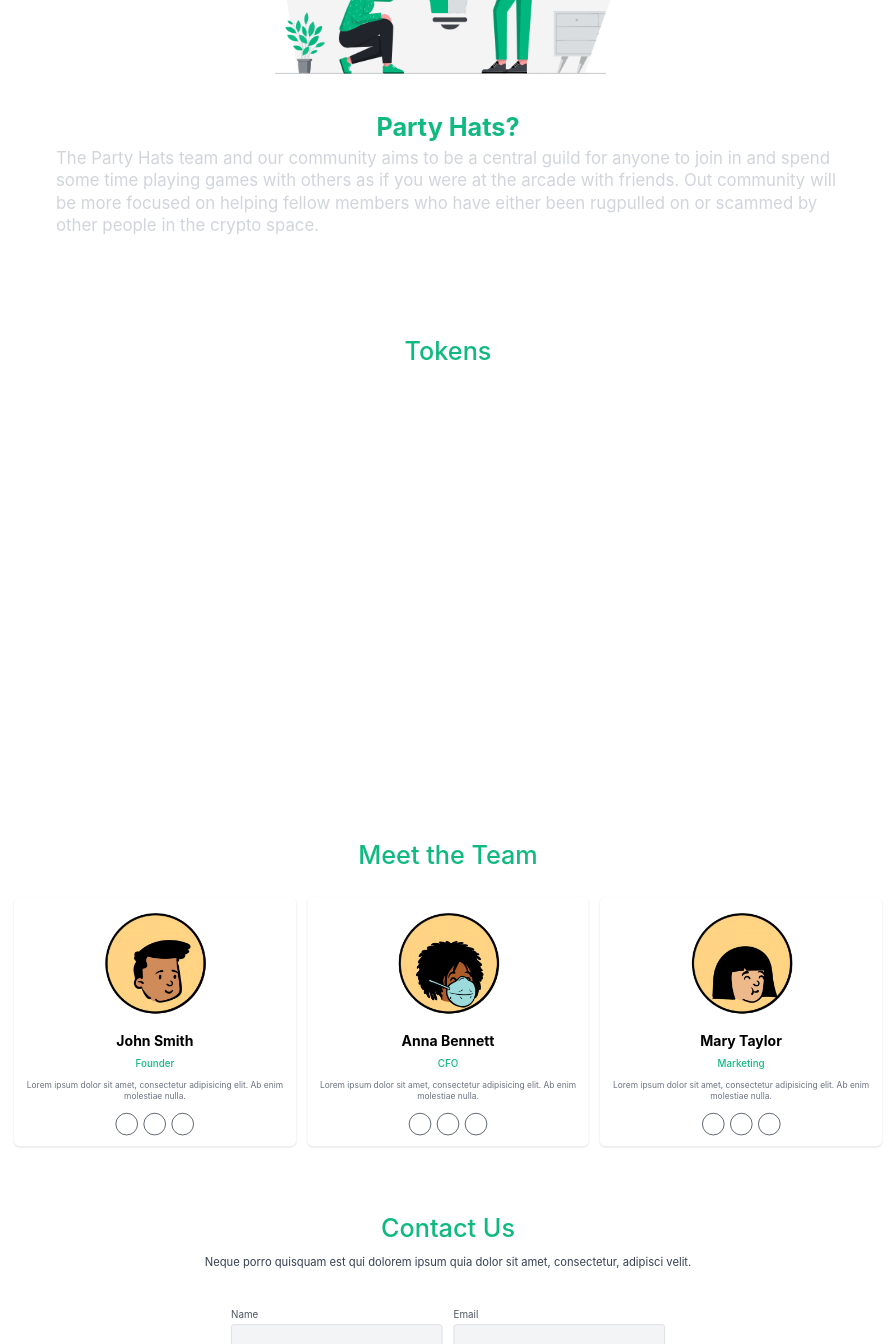
Repository: rhinorphan/phat-landing-page
Page: /
These files come from the project's save history. The page is drawn as it stood at one moment and after a run of saves; the edit follows.
The browser window is 1280 px wide. The pictures show the part of the page from y = 1207 to 3127 px (the page is 3592 px tall before and 3848 px after), at 70% of full size.
The project was rebuilt for these pictures with package versions that can differ from the ones it lists, and the page was loaded fresh each time. Also part of the build but not shown: craco.config.js.

Above is the page before, as saved 2021-11-17 17:22:49.

After the next 3 saves:
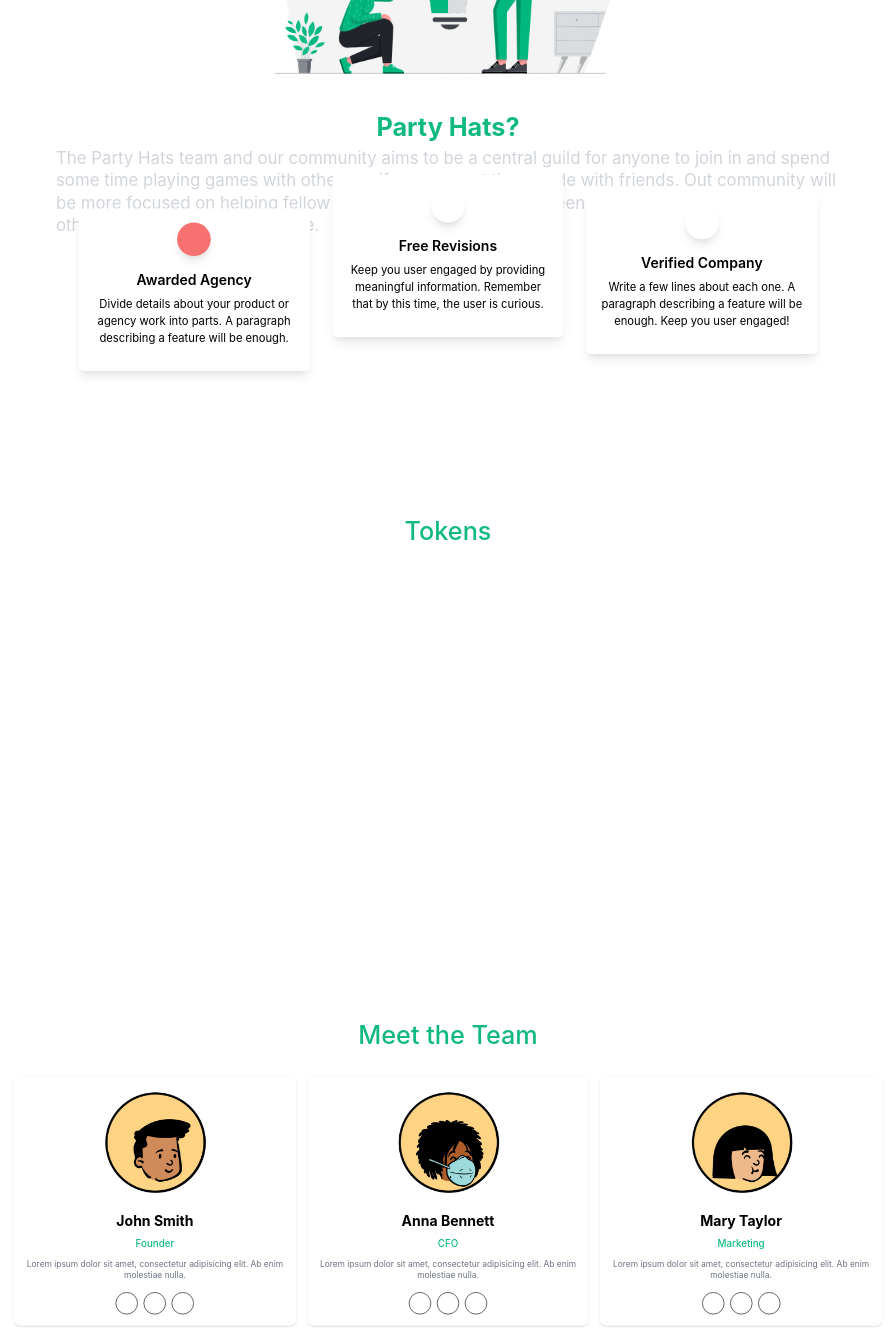
The 3 saves are shown as one change because 2 did not build or start.
The last was saved 5 min 35 s later.
--- a/src/components/Community.js
+++ b/src/components/Community.js
@@ -13,6 +13,54 @@ function Community() {
         <h3 class="flex text-2xl mb-2 text-gray-300 justify-content">
         The Party Hats team and our community aims to be a central guild for anyone to join in and spend some time playing games with others as if you were at the arcade with friends. Out community will be more focused on helping fellow members who have either been rugpulled on or scammed by other people in the crypto space.
         </h3>
+        <section class="pb-10 bg-blueGray-200 -mt-24">
+        <div class="container mx-auto px-4">
+          <div class="flex flex-wrap">
+            <div class="lg:pt-12 pt-6 w-full md:w-4/12 px-4 text-center">
+              <div class="relative flex flex-col min-w-0 break-words bg-white w-full mb-8 shadow-lg rounded-lg">
+                <div class="px-4 py-5 flex-auto">
+                  <div class="text-white p-3 text-center inline-flex items-center justify-center w-12 h-12 mb-5 shadow-lg rounded-full bg-red-400">
+                    <i class="fas fa-award"></i>
+                  </div>
+                  <h6 class="text-xl font-semibold">Awarded Agency</h6>
+                  <p class="mt-2 mb-4 text-blueGray-500">
+                    Divide details about your product or agency work into parts.
+                    A paragraph describing a feature will be enough.
+                  </p>
+                </div>
+              </div>
+            </div>
+            <div class="w-full md:w-4/12 px-4 text-center">
+              <div class="relative flex flex-col min-w-0 break-words bg-white w-full mb-8 shadow-lg rounded-lg">
+                <div class="px-4 py-5 flex-auto">
+                  <div class="text-white p-3 text-center inline-flex items-center justify-center w-12 h-12 mb-5 shadow-lg rounded-full bg-lightBlue-400">
+                    <i class="fas fa-retweet"></i>
+                  </div>
+                  <h6 class="text-xl font-semibold">Free Revisions</h6>
+                  <p class="mt-2 mb-4 text-blueGray-500">
+                    Keep you user engaged by providing meaningful information.
+                    Remember that by this time, the user is curious.
+                  </p>
+                </div>
+              </div>
+            </div>
+            <div class="pt-6 w-full md:w-4/12 px-4 text-center">
+              <div class="relative flex flex-col min-w-0 break-words bg-white w-full mb-8 shadow-lg rounded-lg">
+                <div class="px-4 py-5 flex-auto">
+                  <div class="text-white p-3 text-center inline-flex items-center justify-center w-12 h-12 mb-5 shadow-lg rounded-full bg-emerald-400">
+                    <i class="fas fa-fingerprint"></i>
+                  </div>
+                  <h6 class="text-xl font-semibold">Verified Company</h6>
+                  <p class="mt-2 mb-4 text-blueGray-500">
+                    Write a few lines about each one. A paragraph describing a
+                    feature will be enough. Keep you user engaged!
+                  </p>
+                </div>
+              </div>
+            </div>
+          </div>
+        </div>
+        </section>
       </div>
     </section>
   )
